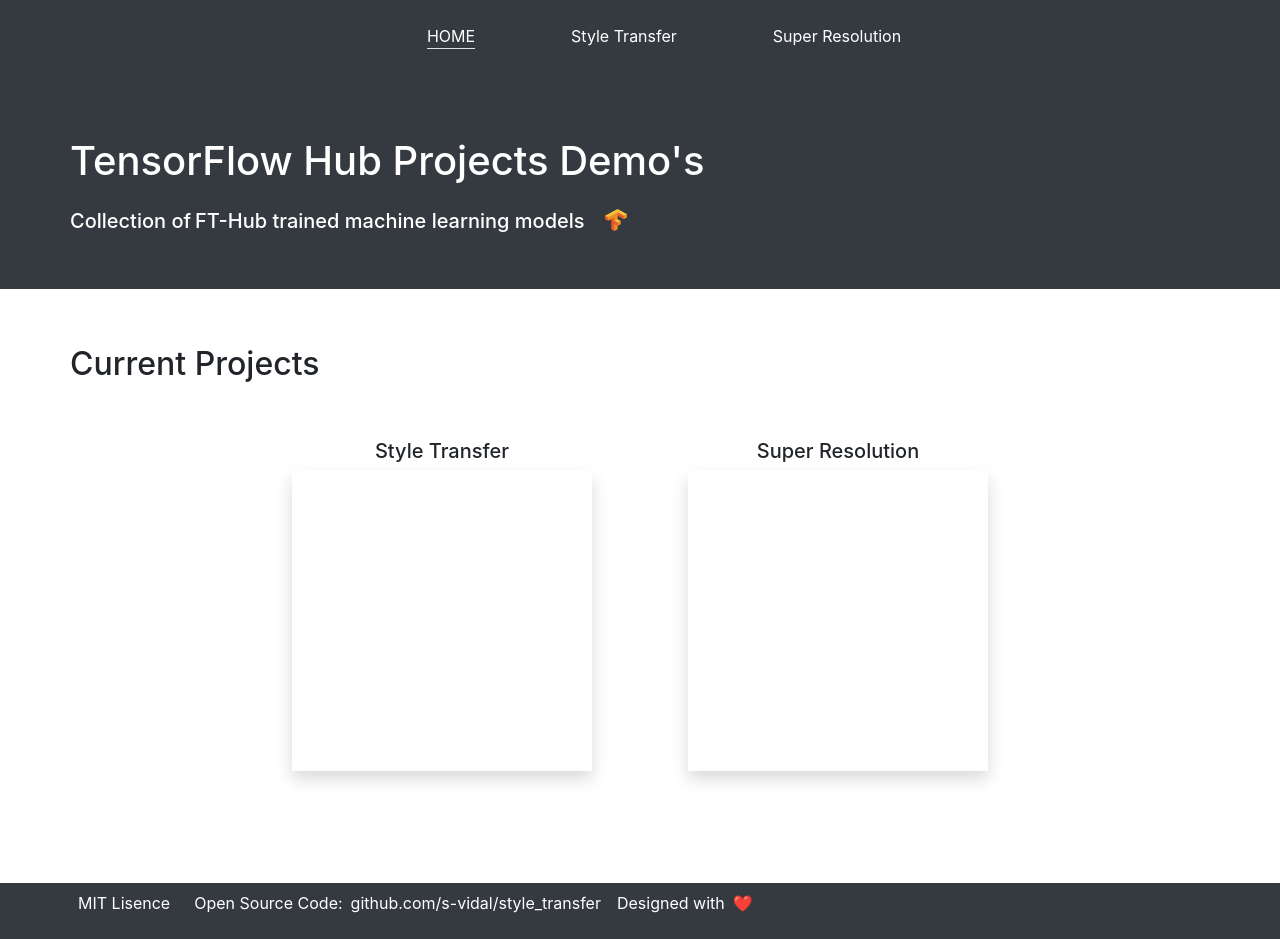
Repository: s-vidal/style_transfer
Page: / (app in client/)
These files come from the project's save history. The page is drawn as it stood at one moment and after the next save; the edit follows.
The browser window is 1280 px wide. The pictures show the whole page.
The page's requests for data from a server got no answer. The project was rebuilt for these pictures with package versions that can differ from the ones it lists, and the page was loaded fresh each time. A package was used in the major version that the imports need, not the one package.json lists. No one was signed in, and anything a server would have sent is missing. Also part of the build but not shown: client/src/App.css, client/src/components/DropZone.jsx, client/src/lib/api.js, client/src/components/Inference.jsx, client/src/components/Header.jsx, client/src/pages/StyleTransfer.jsx, client/src/pages/SuperResolution.jsx.

Above is the page before, as saved 2020-09-30 16:28:42.

After the next save:
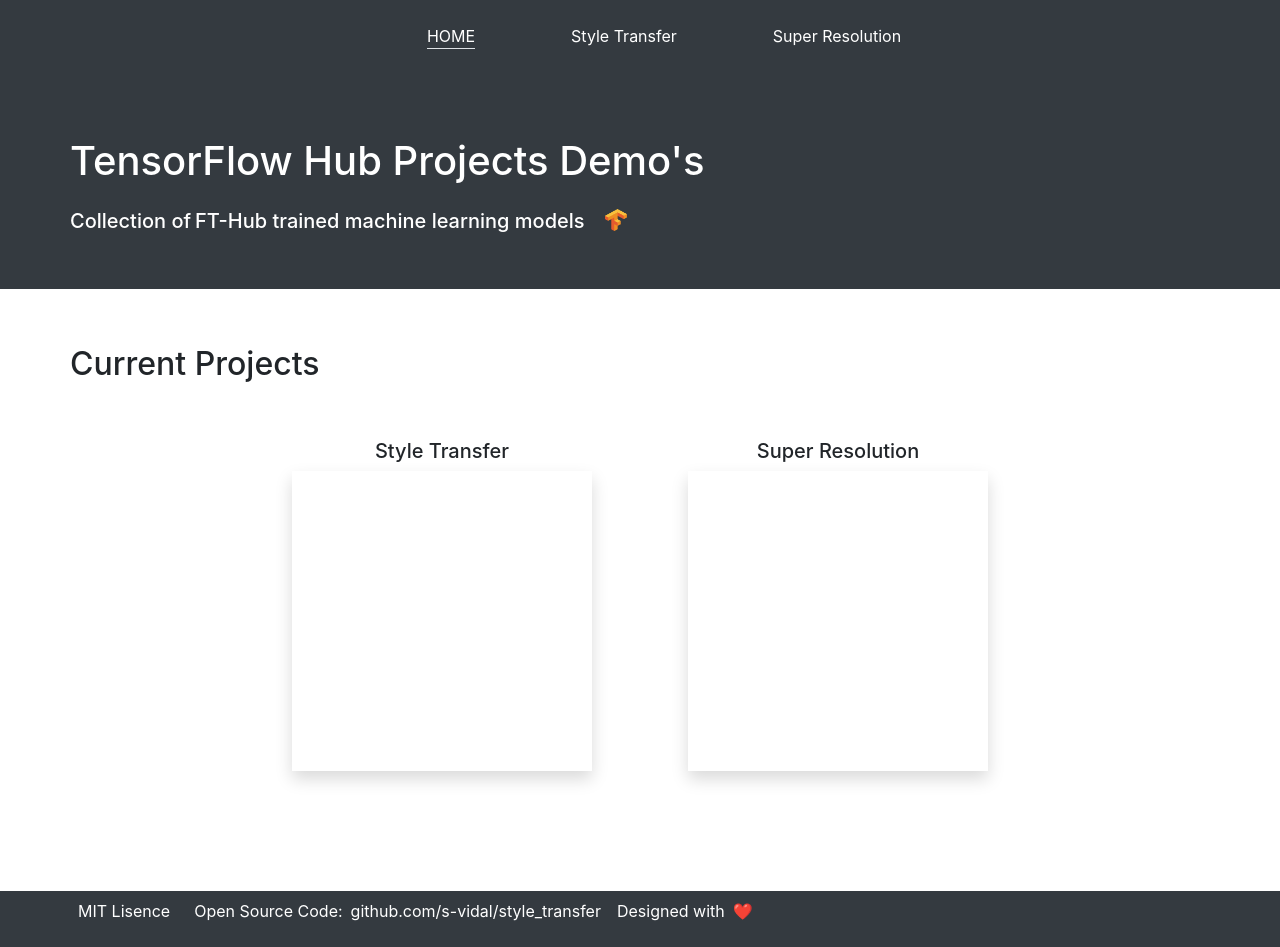
Saved 4 s later.
--- a/client/src/pages/HomePage.jsx
+++ b/client/src/pages/HomePage.jsx
@@ -27,7 +27,7 @@
           </div>
         </div>
       </div>
-      <div className="pt-5 pl-5 pr-5 pb-3">
+      <div className="pt-5 pl-5 pr-5 pb-4">
         <div className="container p-0">
           <div>
             {/* <h5 className="mb-4">
